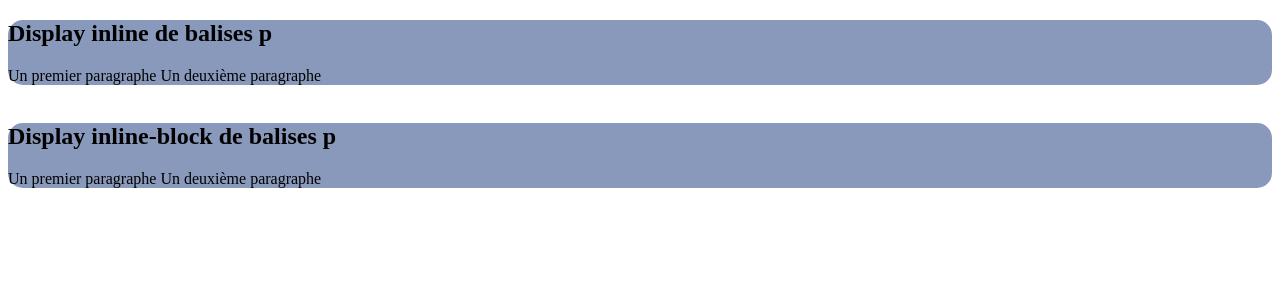
Repository: serviceshuios/Git-Aix-Web
Page: affichage-positionnement/WebContent/index.html
An editor plug-in stored every save of this project. The page is shown before and after the next save, followed by the edit.
The browser window is 1280 px wide. The pictures show the whole page.

Above is the page before, as saved 2018-10-25 13:17:38.

After the next save:
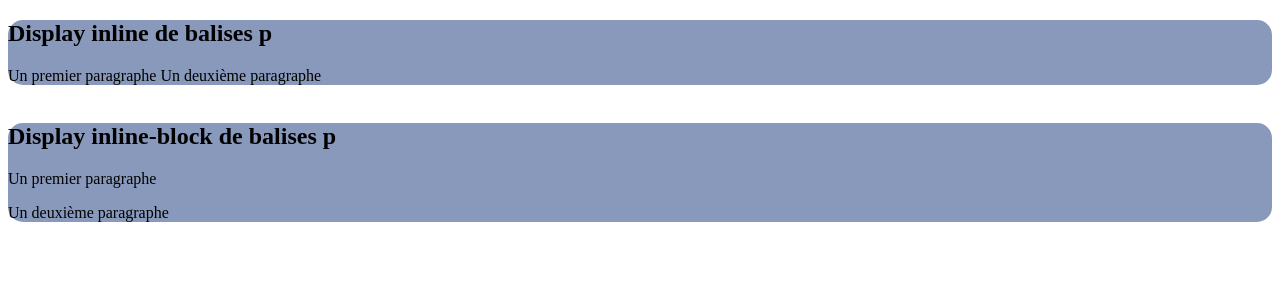
Saved 2 min 46 s later.
--- a/affichage-positionnement/WebContent/index.html
+++ b/affichage-positionnement/WebContent/index.html
@@ -15,8 +15,8 @@
 	<br/>
 	<div>
 		<h2>Display inline-block de balises p</h2>
-		<p class="para1">Un premier paragraphe</p>
-		<p class="para2">Un deuxième paragraphe</p>
+		<p class="para3">Un premier paragraphe</p>
+		<p class="para4">Un deuxième paragraphe</p>
 	</div>
 	<script src="js/script.js"></script>
 </body>
